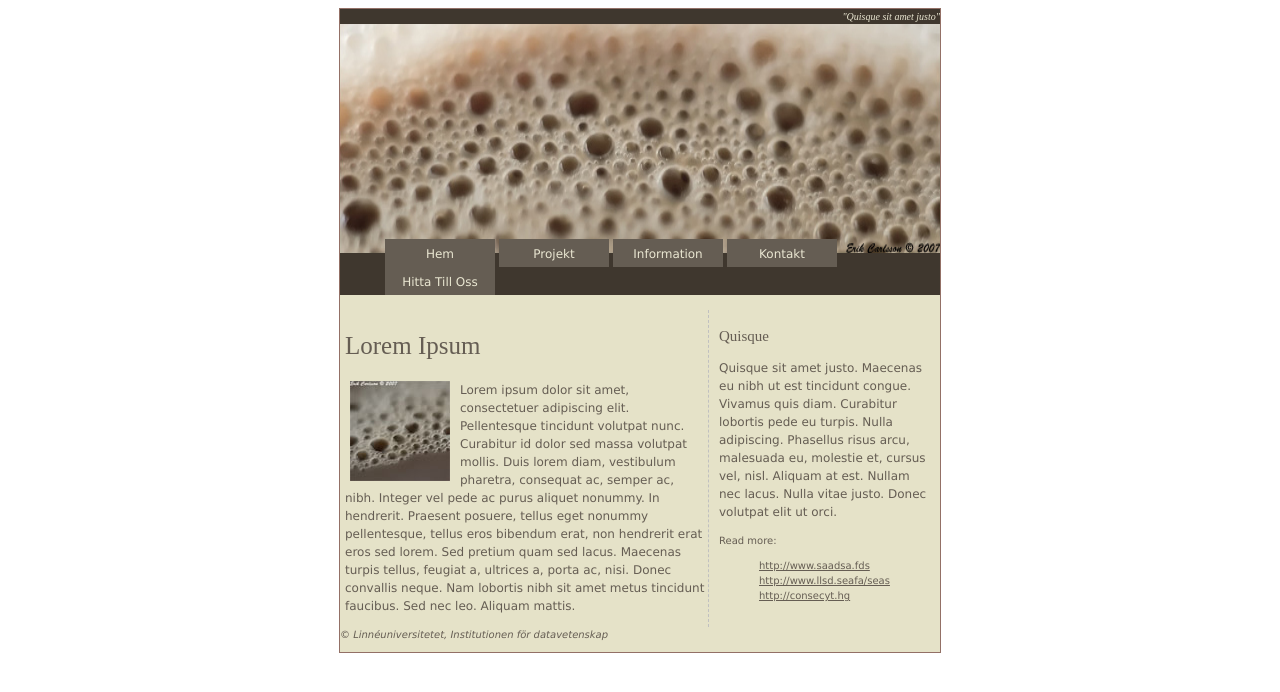
Repository: mh223ja/1ik415-js223mi-Uppgift-3-3
Page: index.html
The author's editor kept a record of every edit. The page is drawn from the files as they stood at one moment, then again after the next edit.
The browser window is 1280 px wide. The pictures show the whole page.

Above is the page before.

After the next edit:
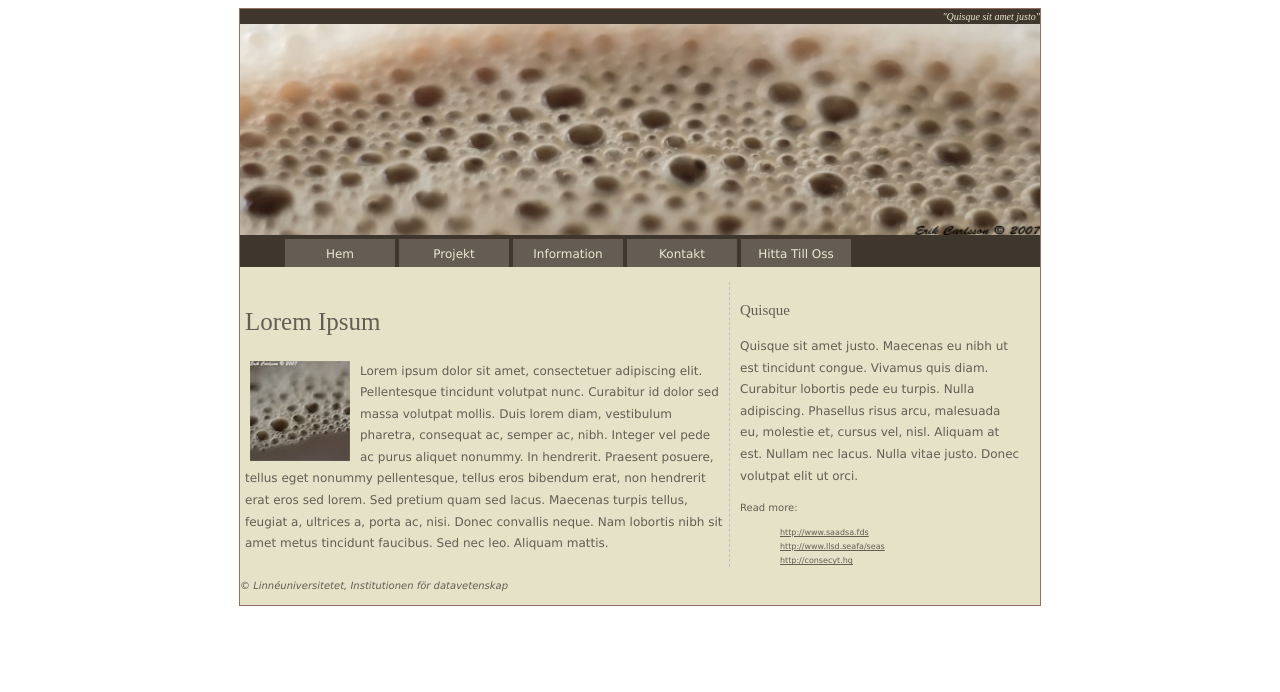
The edit:
--- a/css/basic.css
+++ b/css/basic.css
@@ -1,8 +1,7 @@
 /* Denna fil får du editera för att lösa uppgiften. Du får INTE ändra i html-filen. */
 
-
-#container{
-	width: 600px;
+#container {
+	width: 800px;
 	margin: auto;
 	border: 1px;
 	border-style: solid;
@@ -11,34 +10,28 @@
 	background-repeat: no-repeat;
 	background-color: #3F372E;
 	background-size: 100% 38%;
-
-
 }
-#topbar{
+#topbar {
 	background-color: #3F372E;
 	text-align: right;
 	color: #eae7d2;
 	font-size: 10px;
 	padding: 2px 0;
 	font-style: italic;
-	width: 600px;
+	width: 800px;
 	height: auto;
 	font: Verdana, Times New Roman;
-
-
 }
-
-#content{
+#content {
 	background-color: #E5E2C8;
 	padding-top: 15px;
 	font-family: Verdana, Times New Roman;
 	color: #655D53;
 	line-height: 1.8;
 	overflow: auto;
-	margin-top: -2.7%;
+	margin-top: -2.0%;
 }
-
-#maincontent{
+#maincontent {
 	width: 60%;
 	padding-right: 0.5%;
 	border-right: dashed 1px;
@@ -49,97 +42,23 @@
 	padding-left: 5px;
 	font-size: 12px;
 	font-family: Verdana, Times New Roman;
-
 }
-
-#maincontent h1
-{
+#maincontent h1 {
 	font-size: 25px;
 	font-weight: normal;
 	font-family: Times New Roman;
 }
-
-#subcontent{
-	         width: 35%;
-           padding-top: 5px;
-           float: left;
-           background-color: #E5E2C8;
-           font-size: 8px;
-           padding-left: 5px;
-           margin-left: 5px;
-}
-
-
-
-#container{
-	width: 600px;
-	margin: auto;
-	border: 1px;
-	border-style: solid;
-	border-color: #937066;
-	background-image: url('pics/coffey.jpg');
-	background-repeat: no-repeat;
-	background-color: #3F372E;
-	background-size: 100% 38%;
-
-
-}
-#topbar{
-	background-color: #3F372E;
-	text-align: right;
-	color: #eae7d2;
-	font-size: 10px;
-	padding: 2px 0;
-	font-style: italic;
-	width: 600px;
-	height: auto;
-	font: Verdana, Times New Roman;
-
-
-}
-
-#content{
-	background-color: #E5E2C8;
-	padding-top: 15px;
-	font-family: Verdana, Times New Roman;
-	font-size: 12px;
-	color: #655D53;
-	line-height: 1.5;
-	overflow: auto;
-	margin-top: -2.7%;
-}
-
-#maincontent{
-	width: 60%;
-	padding-right: 0.5%;
-	border-right: dashed 1px;
-	border-right-color: silver;
+#subcontent {
+	width: 35%;
+	padding-top: 5px;
 	float: left;
 	background-color: #E5E2C8;
-	margin-left: 0;
+	font-size: 8px;
 	padding-left: 5px;
+	margin-left: 5px;
 }
-
-#maincontent h1
-{
-	font-size: 25px;
-	font-weight: normal;
-	font-family: Times New Roman;
-}
-
-#subcontent{
-	width: 35%;
-           padding-top: 5px;
-           margin-right:0;
-           float: left;
-           background-color: #E5E2C8;
-           font-size: 10px;
-           padding-left: 5px;
-           margin-left: 5px;
-}
-
-#bottomcontent{
-	font-style : italic;
+#bottomcontent {
+	font-style: italic;
 	width: 600px;
 	margin-bottom: 10px;
 	font-size: 10px;
@@ -152,8 +71,6 @@
 }
 #subcontent ul {
 	list-style: none;
-
-
 }
 #subcontent h1 {
 	font-size: 15px;
@@ -161,7 +78,6 @@
 	font-family: Times New Roman;
 	font-weight: Normal;
 }
-
 #subcontent h2 {
 	font-size: 10px;
 	font-weight: normal;
@@ -173,12 +89,10 @@
 #subcontent a {
 	color: #655D53;
 }
-#subcontent a:visited{
+#subcontent a:visited {
 	color: #5655D53;
 }
-
-
-#menu ul  {
+#menu ul {
 	display: inline-block;
 	color: white;
 	margin-left: 5px;
@@ -190,30 +104,27 @@
 }
 #menu a {
 	color: #eae7d2;
-	text-transform:  capitalize;
+	text-transform: capitalize;
 	text-decoration: none;
 	font-size: 12px;
 	font-family: Verdana;
 	display: none;
 }
-#menu li:hover{
+#menu li:hover {
 	background-color: #9c9084;
 }
 #menu li a {
 	display: inline;
 }
-
 #menu ul li {
 	text-align: center;
 	display: inline-block;
 	width: 100px;
 	padding: 5px
 }
-.active{
+.active {
 	background-color: #E5E2C8;
-
 }
-.active a{
+.active a {
 	color: #9e8076;
-
 }
